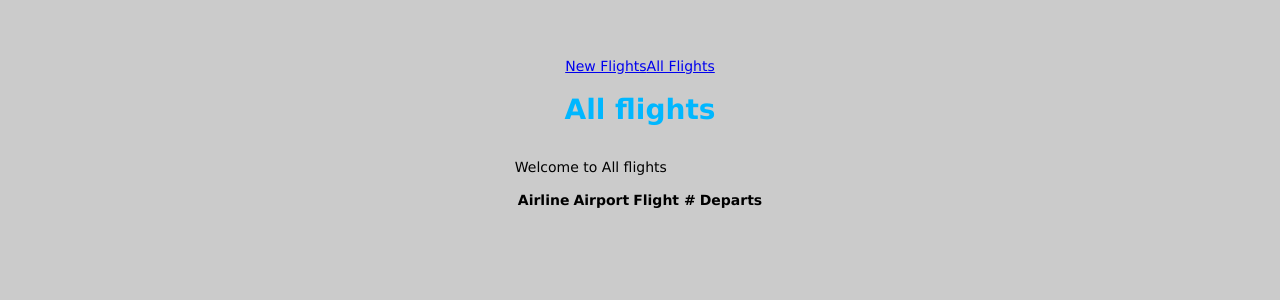
Repository: jmendoza13/mongoose-flights
Page: http://localhost/flights
These files come from the project's save history. The page is drawn as it stood at one moment and after the next save; the edit follows.
The browser window is 1280 px wide. The pictures show the whole page.
The page is served by the project's Node server (server.js). Queries for data that is not in the repository find no rows.

Above is the page before, as saved 2022-07-18 16:01:45.

After the next save:
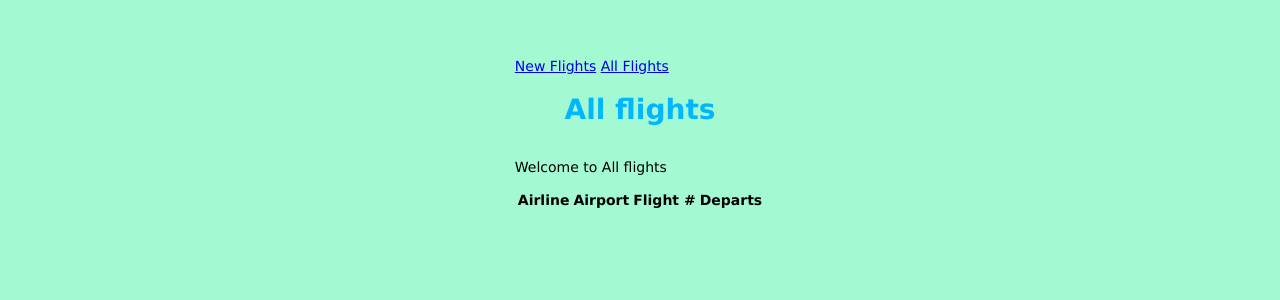
Saved 22 s later.
--- a/public/stylesheets/style.css
+++ b/public/stylesheets/style.css
@@ -3,12 +3,12 @@ body {
   font: 14px "Lucida Grande", Helvetica, Arial, sans-serif;
   display: grid;
   justify-content: center;
-  background-color: rgb(203, 203, 203);
+  background-color: rgb(163, 249, 210);
   grid-template-areas:
     "nav"
     "main"
 }
-
+s
 nav, h1 {
   display: flex;
   color: #00B7FF;
